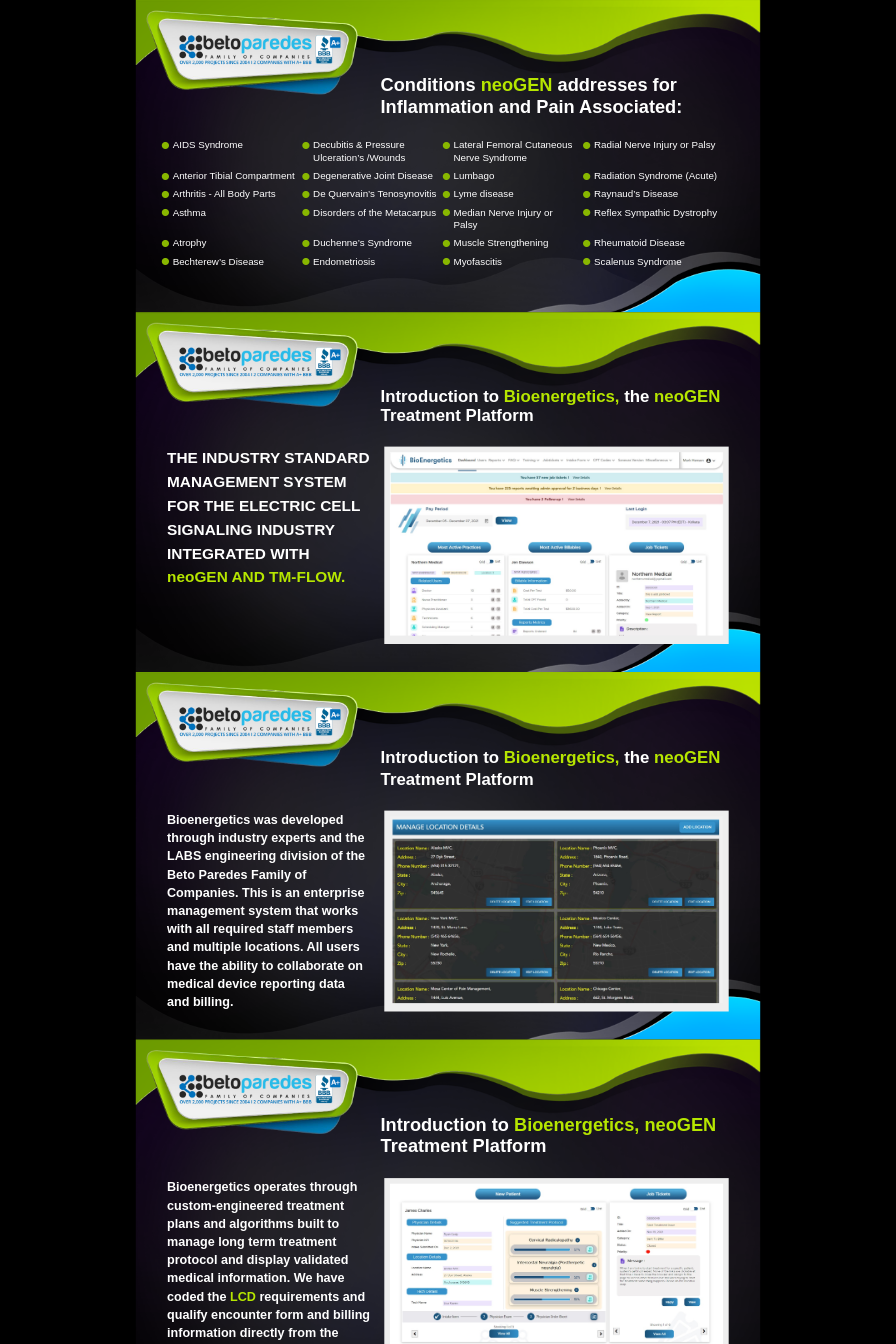
Repository: koushikbiswas/Beto_Paredes_Family_Opportunities_Intro_Deck
Page: slide29.html
These files come from the project's save history. The page is drawn as it stood at one moment and after the next save; the edit follows.
The browser window is 1280 px wide. The pictures show the part of the page from y = 0 to 1920 px (the page is 5206 px tall before and 5250 px after), at 70% of full size.

Above is the page before, as saved 2021-12-22 10:18:49.

### slide29.html
<!DOCTYPE html>
<html lang="en">
<head>
    <meta charset="UTF-8">
    <meta http-equiv="X-UA-Compatible" content="IE=edge">
    <meta name="viewport" content="width=device-width, initial-scale=1.0">
    <title>Document</title>
    <link rel="stylesheet" href="assets/css/slide.css">
</head>
<body>
    <!-- -----------START SLIDE 20 HTML----------- -->
    <div class="pdfhomepagemain slide20">
        <div class="pdfmaincontainer">
            <div class="pdfheaderblock">
                <div class="pdfheaderblockinner">
                    <div class="pdflogowrapper">
                        <img src="assets/images/common/pdflogo.png" alt="logo">
                    </div>
                </div>
            </div>
            <div class="pdfmaincontent">
                <div class="pdfmaincontentinner">
                    <p>Conditions <span>neoGEN</span> addresses for <br>Inflammation and Pain Associated:</p>
                    <div class="pdfmaincontentlists">
                       <ul>
                           <li>AIDS Syndrome</li>
                           <li>Decubitis & Pressure Ulceration’s /Wounds</li>
                           <li>Lateral Femoral Cutaneous Nerve Syndrome</li>
                           <li>Radial Nerve Injury or Palsy</li>

                           <li>Anterior Tibial Compartment</li>
                           <li>Degenerative Joint Disease</li>
                           <li>Lumbago</li>
                           <li>Radiation Syndrome (Acute)</li>

                           <li>Arthritis - All Body Parts</li>
                           <li>De Quervain’s Tenosynovitis</li>
                           <li>Lyme disease</li>
                           <li>Raynaud’s Disease</li>

                           <li>Asthma</li>
                           <li>Disorders of the Metacarpus</li>
                           <li>Median Nerve Injury or Palsy</li>
                           <li>Reflex Sympathic Dystrophy</li>

                           <li>Atrophy</li>
                           <li>Duchenne’s Syndrome</li>
                           <li>Muscle Strengthening</li>
                           <li>Rheumatoid Disease</li>

                           <li>Bechterew’s Disease</li>
                           <li>Endometriosis</li>
                           <li>Myofascitis</li>
                           <li>Scalenus Syndrome</li>
                       </ul>
                    </div>
                </div>
            </div>
            <div class="pdffooterblock">
            </div>
        </div>
    </div> <!-------------END SLIDE 20 HTML------------->
    <!-- -----------START SLIDE 21 HTML----------- -->
    <div class="pdfhomepagemain slide21">
        <div class="pdfmaincontainer">
            <div class="pdfheaderblock">
                <div class="pdfheaderblockinner">
                    <div class="pdflogowrapper">
                        <img src="assets/images/common/pdflogo.png" alt="logo">
                    </div>
                </div>
            </div>
            <div class="pdfmaincontent">
                <div class="pdfmaincontentinner">
                    <p>Introduction to <span>Bioenergetics,</span> the <span>neoGEN</span><br>Treatment Platform</p>
                    <div class="pdfmaincontentinnerbottom">
                        <div class="pdfmaincontentinnerbottominner">
                            <p>THE INDUSTRY STANDARD <br>MANAGEMENT SYSTEM <br>FOR THE ELECTRIC CELL <br>SIGNALING INDUSTRY <br>INTEGRATED WITH <span><br>neoGEN AND TM-FLOW.</span></p>
                        </div>
                        <div class="pdfmainimgwrapper">
                               <img src="assets/images/slide21-screenimg.jpg" alt="slide21 screenimg">
                        </div>
                    </div>
                </div>
            </div>
            <div class="pdffooterblock">
            </div>
        </div>
    </div> <!-------------END SLIDE 21 HTML------------->
    <!-- -----------START SLIDE 22 HTML----------- -->
    <div class="pdfhomepagemain slide22">
        <div class="pdfmaincontainer">
            <div class="pdfheaderblock">
                <div class="pdfheaderblockinner">
                    <div class="pdflogowrapper">
                        <img src="assets/images/common/pdflogo.png" alt="logo">
                    </div>
                </div>
            </div>
            <div class="pdfmaincontent">
                <div class="pdfmaincontentinner">
                    <p>Introduction to <span>Bioenergetics,</span> the <span>neoGEN</span><br>Treatment Platform</p>
                    <div class="pdfmaincontentinnerbottom">
                        <div class="pdfmaincontentinnerbottominner">
                            <p>Bioenergetics was developed <br>through industry experts and the <br>LABS engineering division of the <br>Beto Paredes Family of <br>Companies. This is an enterprise <br>management system that works <br>with all required staff members <br>and multiple locations. All users <br>have the ability to collaborate on <br>medical device reporting data <br>and billing.</p>
                        </div>
                        <div class="pdfmainimgwrapper">
                            <img src="assets/images/slide22-screenimg.jpg" alt="slide22 screenimg">
                        </div>
                    </div>
                </div>
            </div>
            <div class="pdffooterblock">
            </div>
        </div>
    </div> <!-------------END SLIDE 22 HTML------------->
    <!-- -----------START SLIDE 23 HTML----------- -->
    <div class="pdfhomepagemain slide23">
        <div class="pdfmaincontainer">
            <div class="pdfheaderblock">
                <div class="pdfheaderblockinner">
                    <div class="pdflogowrapper">
                        <img src="assets/images/common/pdflogo.png" alt="logo">
                    </div>
                </div>
            </div>
            <div class="pdfmaincontent">
                <div class="pdfmaincontentinner">
                    <p>Introduction to <span>Bioenergetics, neoGEN</span><br>Treatment Platform</p>
                    <div class="pdfmaincontentinnerbottom">
                        <div class="pdfmaincontentinnerbottominner">
                            <p>Bioenergetics operates through <br>custom-engineered treatment <br>plans and algorithms built to <br>manage long term treatment <br>protocol and display validated <br>medical information. We have <br>coded the <span>LCD</span> requirements and <br>qualify encounter form and billing <br>information directly from the <br>reporting data. We fully prepare <br>encounter data for physician <br>review and digital signature.</p>
                        </div>
                        <div class="pdfmainimgwrapper">
                            <img src="assets/images/slide23-screenimg.jpg" alt="slide23 screenimg">
                        </div>
                    </div>
                </div>
            </div>
            <div class="pdffooterblock">
            </div>
        </div>
    </div> <!-------------END SLIDE 23 HTML------------->
    <!-- -----------START SLIDE 24 HTML----------- -->
    <div class="pdfhomepagemain slide24">
        <div class="pdfmaincontainer">
            <div class="pdfheaderblock">
                <div class="pdfheaderblockinner">
                    <div class="pdflogowrapper">
                        <img src="assets/images/common/pdflogo.png" alt="logo">
                    </div>
                </div>
            </div>
            <div class="pdfmaincontent">
                <div class="pdfmaincontentinner">
                    <p>Introduction to <span>Bioenergetics, neoGEN</span><br>Treatment Platform</p>
                    <div class="pdfmaincontentinnerbottom">
                        <div class="pdfmaincontentinnerbottominner">
                            <p>Our management system was <br>developed in collaboration with <br>one of the largest medical device <br>manufacturers in the United <br>States. They currently have 8,000 <br>electric cell signaling devices in <br>the field. We also represent their <br>neoGEN product in combination <br>with the sale of this treatment <br>management platform.</p>
                        </div>
                        <div class="pdfmainimgwrapper">
                            <img src="assets/images/slide24-screenimg.jpg" alt="slide24 screenimg">
                        </div>
                    </div>
                </div>
            </div>
            <div class="pdffooterblock">
            </div>
        </div>
    </div> <!-------------END SLIDE 24 HTML------------->
    <!-- -----------START SLIDE 25 HTML----------- -->
    <div class="pdfhomepagemain slide25">
        <div class="pdfmaincontainer">
            <div class="pdfheaderblock">
                <div class="pdfheaderblockinner">
                    <div class="pdflogowrapper">
                        <img src="assets/images/common/pdflogo.png" alt="logo">
                    </div>
                </div>
            </div>
            <div class="pdfmaincontent">
                <div class="pdfmaincontentinner">
                    <p>Introduction to Practice Presence – <br><span>Online Marketing Web for Practices</span></p>
                    <div class="pdfmaincontentinnerbottom">
                        <div class="pdfmaincontentinnerbottominner">
                            <p>PRACTICE PRESENCE IS A FULL MARKETING WEBSITE BUILT FOR <span>DOCTORS, HOSPITALS AND PHYSICIAN PRACTICES.</span></p>
                        </div>
                        <div class="pdfmainimgwrapper">
                               <img src="assets/images/slide25-screenimg.png" alt="slide25 screenimg">
                        </div>
                    </div>
                </div>
            </div>
            <div class="pdffooterblock">
            </div>
        </div>
    </div> <!-------------END SLIDE 25 HTML------------->
    <!-- -----------START SLIDE 26 HTML----------- -->
    <div class="pdfhomepagemain slide26">
        <div class="pdfmaincontainer">
            <div class="pdfheaderblock">
                <div class="pdfheaderblockinner">
                    <div class="pdflogowrapper">
                        <img src="assets/images/common/pdflogo.png" alt="logo">
                    </div>
                </div>
            </div>
            <div class="pdfmaincontent">
                <div class="pdfmaincontentinner">
                    <p>Introduction to Practice Presence – <br><span>Online Marketing Web for Practices</span></p>
                    <div class="pdfmaincontentinnerbottom">
                        <div class="pdfmaincontentinnerbottominner">
                            <p>Practice Presence was developed <br>to support the <span>practices, hospitals, <br>and medical facilities</span> with <br>marketing the cutting-edge <br>programs we represent to their <br>patients. Each web comes with <br>full marketing materials and <br>information for download <br>explaining <span>neoGEN and TM-Flow</span> <br>in a way that patients <br>can understand.</p>
                        </div>
                        <div class="pdfmainimgwrapper">
                            <img src="assets/images/slide26-screenimg.png" alt="slide26 screenimg">
                        </div>
                    </div>
                </div>
            </div>
            <div class="pdffooterblock">
            </div>
        </div>
    </div> <!-------------END SLIDE 26 HTML------------->

    <!-- -----------START SLIDE 27 HTML----------- -->
    <div class="pdfhomepagemain slide27">
        <div class="pdfmaincontainer">
            <div class="pdfheaderblock">
                <div class="pdfheaderblockinner">
                    <div class="pdflogowrapper">
                        <img src="assets/images/common/pdflogo.png" alt="logo">
                    </div>
                </div>
            </div>
            <div class="pdfmaincontent">
                <div class="pdfmaincontentinner">
                    <p>Introduction to Practice Presence – <br><span>Online Marketing Web for Practices</span></p>
                    <div class="pdfmaincontentinnerbottom">
                        <div class="pdfmaincontentinnerbottominner">
                            <p>The <span>Beto Paredes Family of <br>Companies have been leaders in <br>website development since 2004</span>. <br>In that time, we have built the <br>ultimate website marketing system <br>for medical. The full suite comes <br>with video pages, full staff entry, <br>physician journaling, testimonial <br>software, services listings, and <br>social sharing programs.</p>
                        </div>
                        <div class="pdfmainimgwrapper">
                            <img src="assets/images/slide27-screenimg.png" alt="slide27 screenimg">
                        </div>
                    </div>
                </div>
            </div>
            <div class="pdffooterblock">
            </div>
        </div>
    </div> <!-------------END SLIDE 27 HTML------------->

    <!-- -----------START SLIDE 28 HTML----------- -->
    <div class="pdfhomepagemain slide28">
        <div class="pdfmaincontainer">
            <div class="pdfheaderblock">
                <div class="pdfheaderblockinner">
                    <div class="pdflogowrapper">
                        <img src="assets/images/common/pdflogo.png" alt="logo">
                    </div>
                </div>
            </div>
            <div class="pdfmaincontent">
                <div class="pdfmaincontentinner">
                    <p>Introduction to Practice Presence – <br><span>Online Marketing Web for Practices</span></p>
                    <p class="parabottom">Combining all the practice’s current information <br>with new program details, clients make a serious <br>impact facilitating <span>TM-Flow and <br>neoGEN</span> treatments. Although our website <br>software outperforms most medical marketing <br>websites it is only available as an add on sale <br>for practices that purchase our products.</p>
                </div>
            </div>
            <div class="pdffooterblock">
            </div>
        </div>
    </div> <!-------------END SLIDE 28 HTML------------->
    <!-- -----------START SLIDE 29 HTML----------- -->
    <div class="pdfhomepagemain slide29">
        <div class="pdfmaincontainer">
            <div class="pdfheaderblock">
                <div class="pdfheaderblockinner">
                    <div class="pdflogowrapper">
                        <img src="assets/images/common/pdflogo.png" alt="logo">
                    </div>
                </div>
            </div>
            <div class="pdfmaincontent">
                <div class="pdfmaincontentinner">
                    <h2><span>Over</span> 2,000 PROJECT SINCE 2004 <br>2 COMPANIES WITH A+ BBB</h2>
                    <h1>THANK YOU FOR REVIEWING THE OPPORTUNITY WITH US HERE AT THE BETO PAREDES FAMILY OF COMPANIES. WE REALLY HOPE TO SEE YOU JOIN US AS A SALES REP!</h1>
                    <p>You can contact me directly as well as sign up right away on our website at <a href="https://www.betoparedes.com/" target="_blank">www.betoparedes.com</a></p>
                    <h4>BETO PAREDES - <a href="tel:208.440.0928" target="_top">208.440.0928</a>  |  <a href="mailto:beto@betoparedes.com" target="_top">beto@betoparedes.com</a></h4>
                    <div class="logolists">
                        <div class="logoimg">
                            <img src="assets/images/slide29-tmflowlogo.png" alt="tmflowlogo">
                        </div>
                        <div class="logoimg">
                            <img src="assets/images/slide29-neogenlogo.jpg" alt="neogenlogo">
                        </div>
                        <div class="logoimg">
                            <img src="assets/images/slide29-pecelogo.png" alt="pecelogo">
                        </div>
                        <div class="logoimg">
                            <img src="assets/images/slide29-biologo.jpg" alt="biologo">
                        </div>
                        <div class="logoimg">
                            <img src="assets/images/slide29-practiceogo.png" alt="practiceogo">
                        </div>
                    </div>
                </div>
            </div>
            <div class="pdffooterblock">
            </div>
        </div>
    </div>    <!-- -----------END SLIDE 29 HTML----------- -->

</body>
</html>

Loaded but not shown: assets/css/slide.css (127 lines, source omitted)

After the next save:
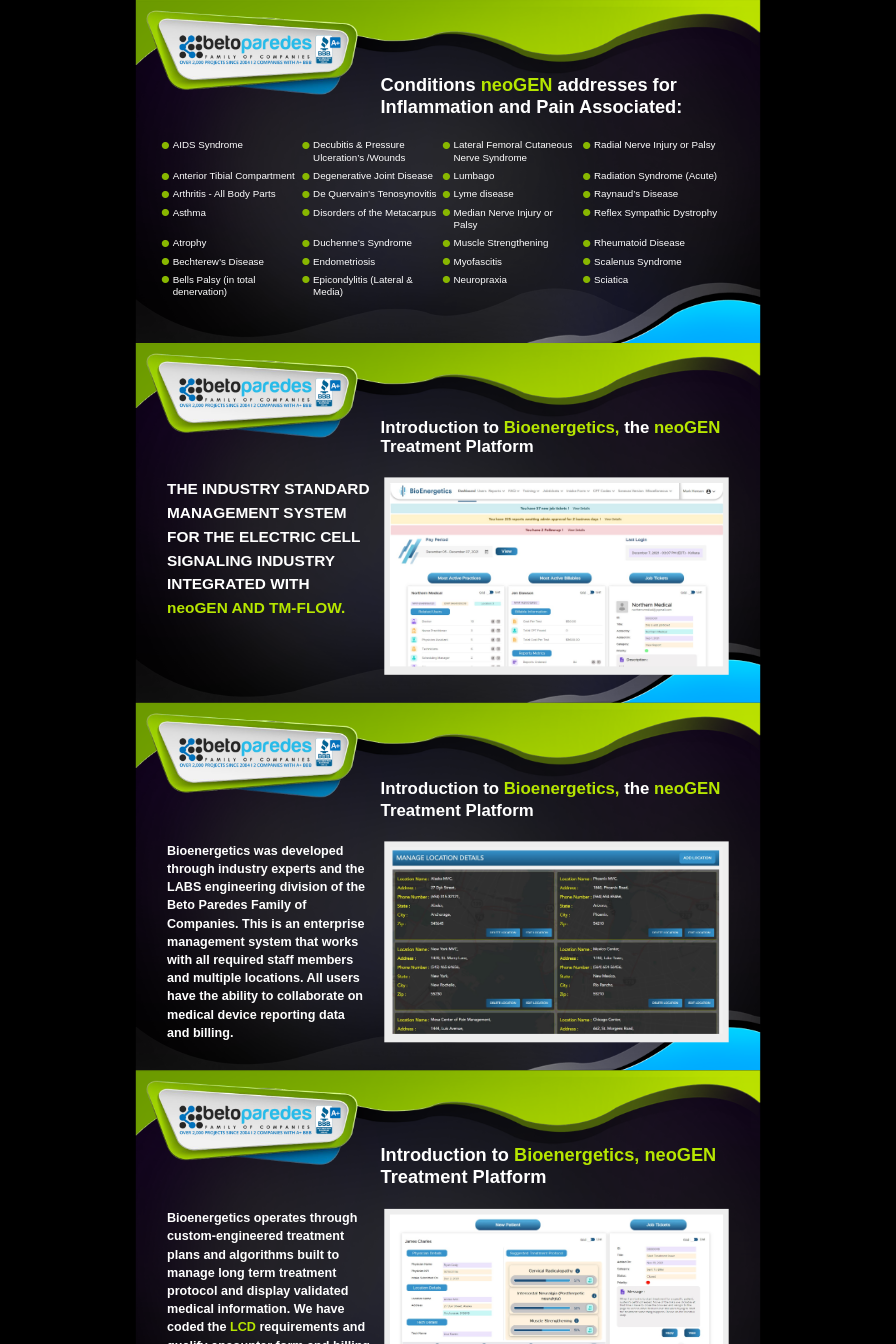
Saved 2 min 14 s later.
--- a/slide29.html
+++ b/slide29.html
@@ -52,6 +52,11 @@
                            <li>Endometriosis</li>
                            <li>Myofascitis</li>
                            <li>Scalenus Syndrome</li>
+
+                           <li>Bells Palsy (in total denervation)</li>
+                           <li>Epicondylitis (Lateral & Media)</li>
+                           <li>Neuropraxia</li>
+                           <li>Sciatica</li>
                        </ul>
                     </div>
                 </div>
